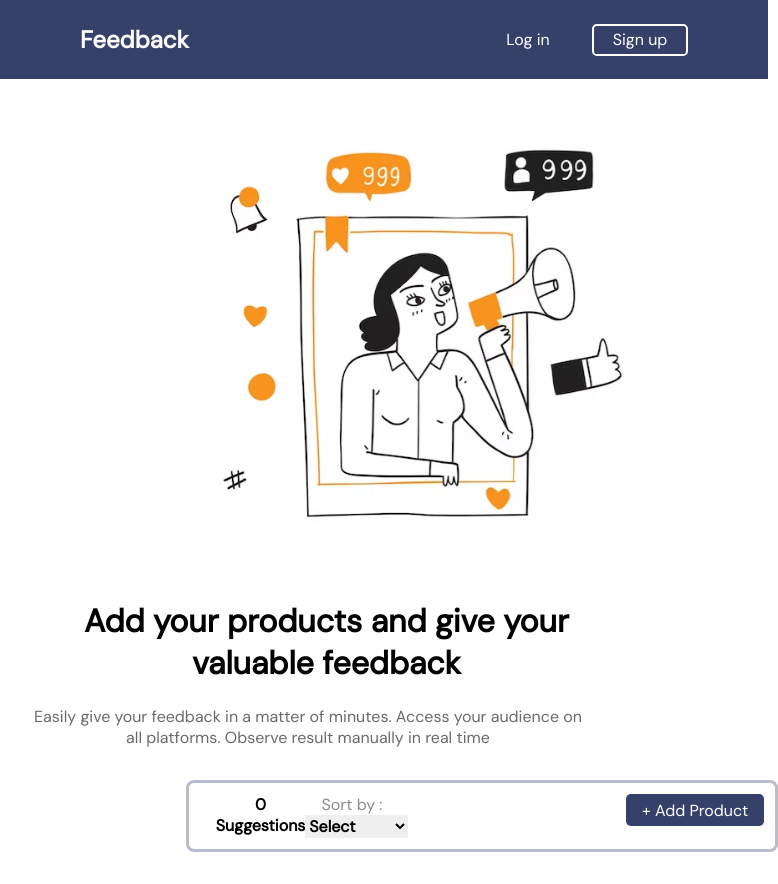
Repository: drumsmanku/final-evaluation-test
Page: / (app in client/)
An editor plug-in stored every save of this project. The page is shown before and after the next save, followed by the edit.
The browser window is 768 px wide. The page is 778 px wide, so the pictures cover 778 px, including what lies to the right of the window. The pictures show the whole page.
The page's requests for data from a server got no answer. The project was rebuilt for these pictures with package versions that can differ from the ones it lists, and the page was loaded fresh each time. No one was signed in, and anything a server would have sent is missing. Also part of the build but not shown: client/src/CSS/LoginPopUp.css, client/src/Components/LoginPopUp.js, client/src/CSS/SignupPopUp.css, client/src/Components/SignupPopUp.js, client/src/CSS/AddProductPopUp.css, client/src/Components/AddProductPopUp.js, client/src/Components/CommentsSection.js, client/src/CSS/SignUp.css and 3 more.

Above is the page before, as saved 2023-07-31 23:52:53.

After the next save:
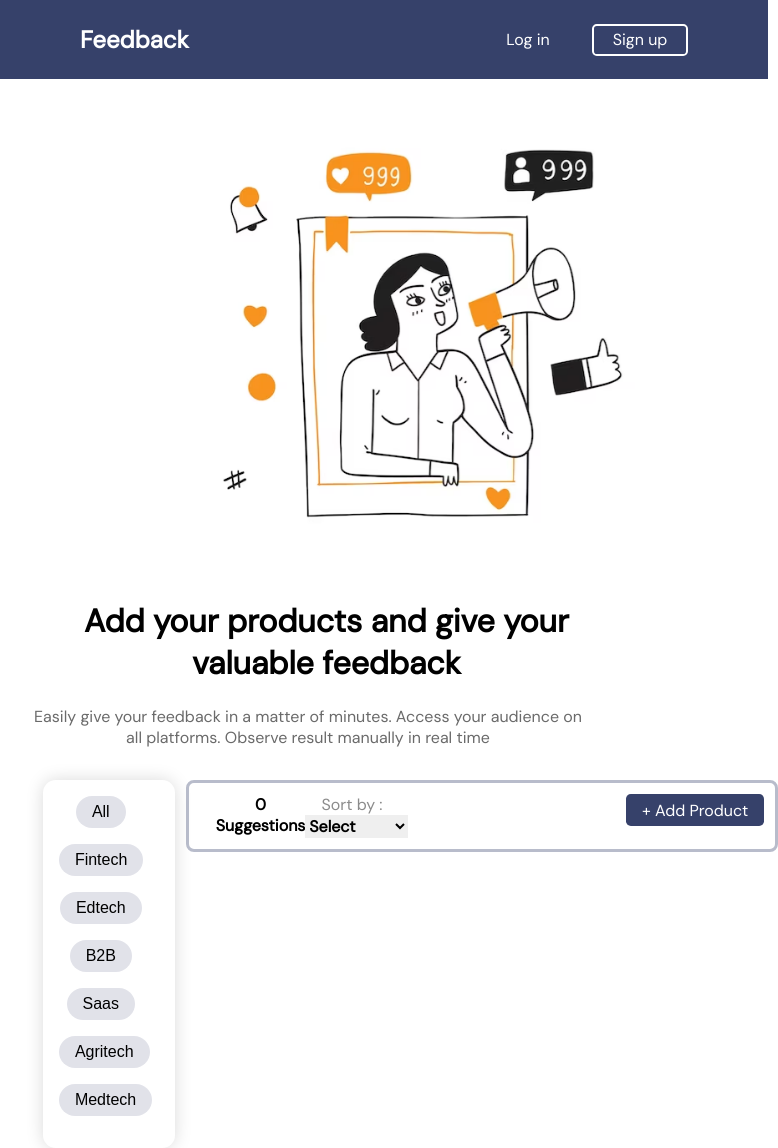
Saved 26 s later.
--- a/client/src/CSS/MainPage.css
+++ b/client/src/CSS/MainPage.css
@@ -158,7 +158,7 @@ body{
   .both-texts{
     margin-bottom: 2rem;
   }
-  .bottom-left>article{
+  .apply-filter{
     display: none;
   }
   .main-heading{
